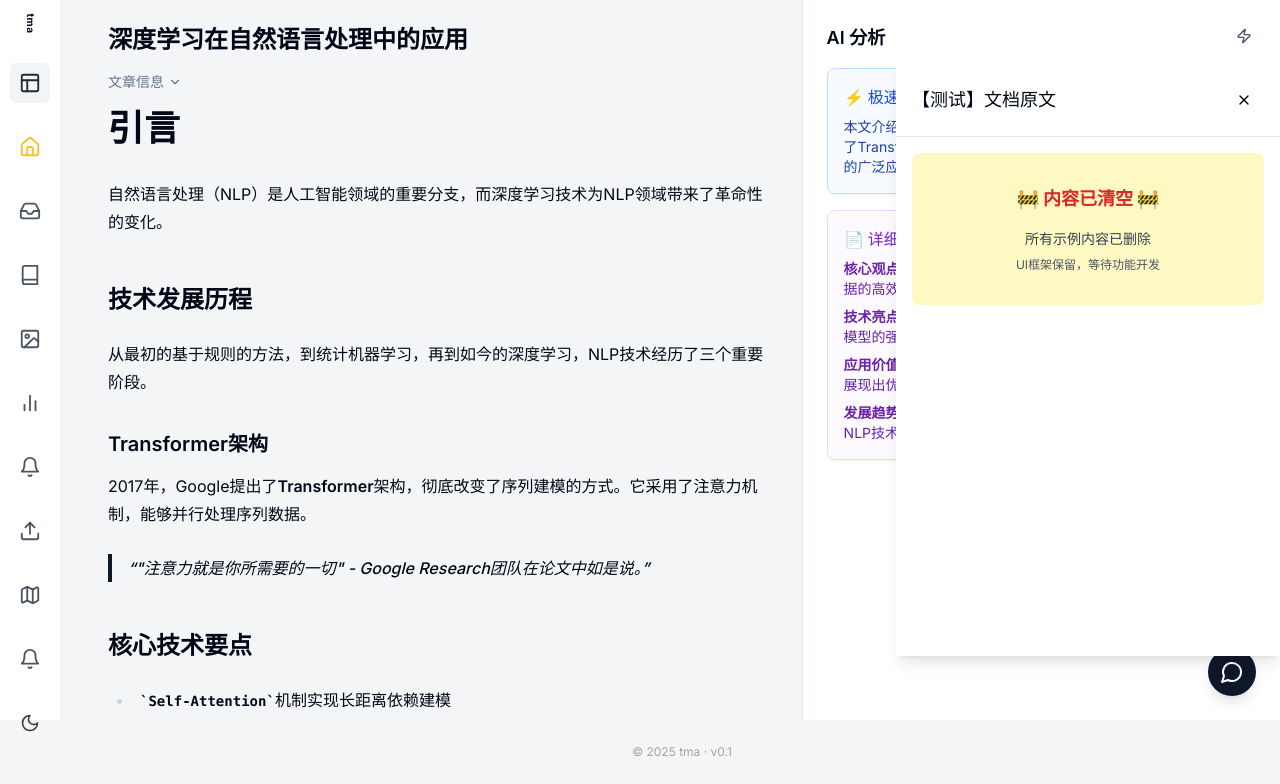
Repository: huzi7555/zsk888
Page: /demo, after clicking the first element matching `button.fixed`
These files come from the project's save history. The page is drawn as it stood at one moment and after the next save; the edit follows.
The browser window is 1280 px wide. The pictures show the whole page.
An inner scrolling area shows only its first screen. The project was rebuilt for these pictures with package versions that can differ from the ones it lists, and the page was loaded fresh each time. The framework's server and built-in components were replaced by stand-ins that run in the browser. Also part of the build but not shown: next.config.mjs, app/components/RichEditor.tsx, app/components/SourceSelector.tsx, app/components/TagChip.tsx, app/store.ts, app/utils/aiFake.ts, app/utils/docParsers.ts, components/ui/input.tsx and 2 more.

Above is the page before, as saved 2025-06-11 10:59:27.

After the next save:
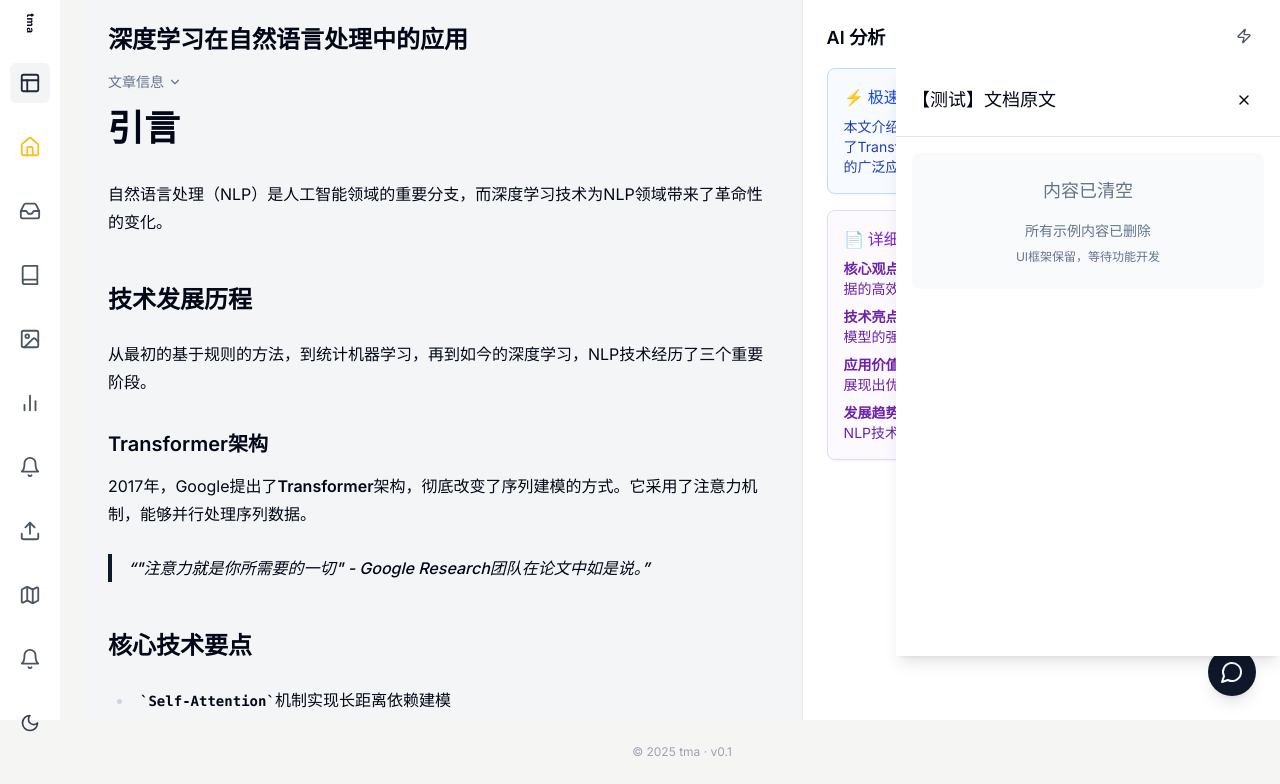
Saved 65 s later.
--- a/components/ChatDrawer.tsx
+++ b/components/ChatDrawer.tsx
@@ -42,12 +42,12 @@ export default function ChatDrawer({ open, onClose }: ChatDrawerProps) {
             </Button>
           </div>
 
-          {/* —— 内容区域 —— */}
+          {/* 内容区域 */}
           <div className="flex-1 overflow-y-auto p-4">
-            <div className="text-center text-muted-foreground bg-yellow-100 p-8 rounded-lg">
-              <h3 className="text-lg font-bold text-red-600 mb-4">🚧 内容已清空 🚧</h3>
-              <p className="text-sm text-gray-700">所有示例内容已删除</p>
-              <p className="text-xs mt-2 text-gray-600">UI框架保留，等待功能开发</p>
+            <div className="text-center text-muted-foreground bg-gray-50 p-6 rounded-lg">
+              <h3 className="text-lg font-medium mb-4">内容已清空</h3>
+              <p className="text-sm">所有示例内容已删除</p>
+              <p className="text-xs mt-2">UI框架保留，等待功能开发</p>
             </div>
           </div>
         </motion.div>
